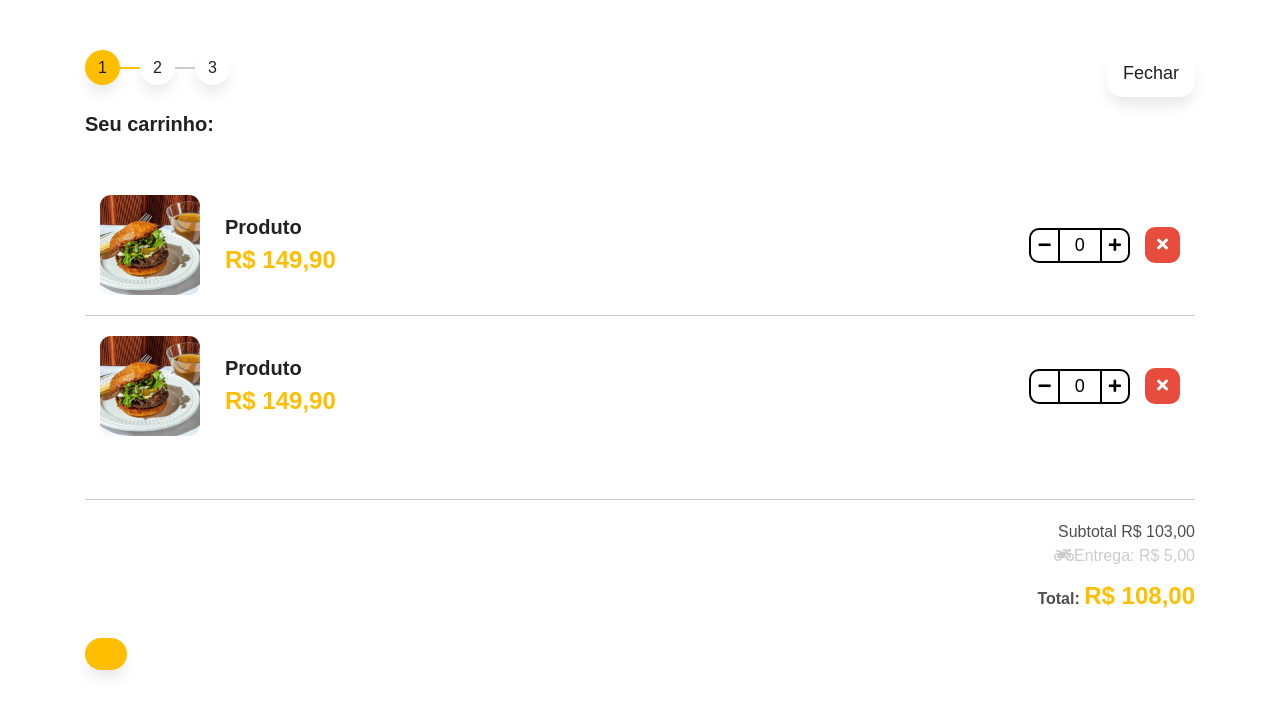
Repository: darkness318/restaraunt
Page: index.html
An editor plug-in stored every save of this project. The page is shown before and after the next save, followed by the edit.
The browser window is 1280 px wide. The pictures show the window.
A layer covers the whole window, so only the first screen is drawn.

Above is the page before, as saved 2024-10-01 10:21:12.

### index.html
<!DOCTYPE html>
<html lang="pt-br">
  <head>
    <meta charset="UTF-8" />
    <meta name="viewport" content="width=device-width, initial-scale=1.0" />
    <title>Restaurente - Seja bem vindo!</title>
    <link rel="stylesheet" href="./css/bootstrap.min.css" />
    <link rel="stylesheet" href="./css/fontawesome.css" />
    <link rel="stylesheet" href="./css/main.css" />
  </head>

  <body>
    <section class="header">
      <div class="container">
        <nav class="navbar navbar-expand-lg pl-0 pr-0">
          <a class="navbar-brand" href="#">
            <img src="./img/logo.png" width="160" class="img-logo" />
          </a>
          <button
            class="navbar-toggler"
            type="button"
            data-toggle="collapse"
            data-target="#navbarNavDropdown"
          >
            <span class="navbar-toggler-icon">
              <i class="fas fa-bars"></i>
            </span>
          </button>
          <div class="collapse navbar-collapse" id="navbarNavDropdown">
            <ul class="navbar-nav ml-auto mr-auto">
              <li class="nav-item">
                <a href="#reservas" class="nav-link"><b>Reservas</b></a>
              </li>
              <li class="nav-item">
                <a href="#servicos" class="nav-link"><b>Serviços</b></a>
              </li>
              <li class="nav-item">
                <a href="#cardapio" class="nav-link"><b>Cardápio</b></a>
              </li>
              <li class="nav-item">
                <a href="#depoimentos" class="nav-link"><b>Depoimentos</b></a>
              </li>
            </ul>
            <a class="btn btn-white btn-icon">
              Meu carrinho
              <span class="icon">
                <i class="fa fa-shopping-bag"></i>
              </span>
            </a>
          </div>
        </nav>
      </div>
    </section>

    <section class="banner">
      <div class="container">
        <div class="row">
          <div class="col-6">
            <div class="d-flex text-banner">
              <h1>
                <b>Escolha sua comida <b class="color-primary">favorita.</b></b>
              </h1>
              <p>
                Aproveite nosso cardápio! Escolha o que desejar e receba em sua
                casa de forma rápida e segura.
              </p>
              <div>
                <a class="btn btn-yellow mt-4 mr-3"> Ver Cardápio </a>
                <a href="#" class="btn btn-white btn-icon-left mt-4">
                  <span class="icon-left">
                    <i class="fa fa-phone"></i>
                  </span>
                  (66) 9 9999-8888
                </a>
              </div>
            </div>
            <a class="btn btn-sm btn-white btn-social mt-4 mr-3">
              <i class="fab fa-instagram"></i>
            </a>
            <a class="btn btn-sm btn-white btn-social mt-4 mr-3">
              <i class="fab fa-facebook-f"></i>
            </a>
            <a class="btn btn-sm btn-white btn-social mt-4">
              <i class="fab fa-whatsapp"></i>
            </a>
          </div>
          <div class="col-6">
            <div class="card-banner"></div>
            <div class="d-flex img-banner">
              <img src="./img/burguer.png" />
            </div>
            <div class="card card-case">
              "Entrega rápida e funcionários simpáticos.
              <br />A comida chegou quente e <br />
              muito saborosa!"
              <span class="card-case-name">
                <b>Thiago Lopes</b>
              </span>
            </div>
          </div>
        </div>
      </div>
    </section>
    <section class="servicos" id="servicos">
      <div class="background-servicos"></div>

      <div class="container">
        <div class="class row">
          <div class="col-12 text-center mb-5">
            <span class="hint-title"><b>Serviços</b></span>
            <h1 class="title">
              <b>Como são nossos serviços?</b>
            </h1>
          </div>

          <div class="col-4 mb-5">
            <div class="card-icon text-center">
              <img src="./img/icone-pedido.svg" width="150 " />
            </div>

            <div class="card-text text-center mt-3">
              <p><b>Fácil de pedir</b></p>
              <span>
                Você só precisa de alguns passos para pedir sua comida.
              </span>
            </div>
          </div>

          <div class="col-4 mb-5">
            <div class="card-icon text-center">
              <img src="./img/icone-delivery.svg" width="250 " />
            </div>

            <div class="card-text text-center mt-3">
              <p><b>Entrega Rápida</b></p>
              <span> Nossa entrega é sempre pontual, rápida e segura. </span>
            </div>
          </div>

          <div class="col-4 mb-5">
            <div class="card-icon text-center">
              <img src="./img/icone-qualidade.svg" width="250 " />
            </div>

            <div class="card-text text-center mt-3">
              <p><b>Melhor qualidade</b></p>
              <span>
                Não só a rapidez na entrega, a qualidade também é o nosso forte.
              </span>
            </div>
          </div>
        </div>
      </div>
    </section>
    <section class="cardapio" id="cardapio">
      <div class="background-cardapio"></div>

      <div class="container">
        <div class="row">
          <div class="col-12 text-center mb-5">
            <span class="hint-title"><b>Cardápio</b></span>
            <h1 class="title">
              <b>Conheça o nosso Cardápio</b>
            </h1>
          </div>

          <div class="col-12 container-menu">
            <a class="btn btn-white btn-sm mr-3">
              <i class="fas fa-hamburger"></i>&nbsp;Burgers
            </a>
            <a class="btn btn-white btn-sm mr-3">
              <i class="fas fa-pizza-slice"></i>&nbsp;Pizzas
            </a>
            <a class="btn btn-white btn-sm mr-3">
              <i class="fas fa-drumstick-bite"></i>&nbsp;Churrasco
            </a>
            <a class="btn btn-white btn-sm mr-3">
              <i class="fas fa-bacon"></i>&nbsp;Steaks
            </a>
            <a class="btn btn-white btn-sm mr-3">
              <i class="fas fa-cocktail"></i>&nbsp;Bebidas
            </a>
            <a class="btn btn-white btn-sm mr-3">
              <i class="fas fa-ice-cream"></i>&nbsp;Sobremesas
            </a>
          </div>

          <div class="col-12">
            <div class="row" id="itensCardapio">
              <div class="col-3 mb-5">
                <div class="card card-item">
                  <div class="img-produto">
                    <img
                      src="./img/cardapio/burguers/burger-au-poivre-kit-4-pack.3ca0e39b02db753304cd185638dad518.jpg"
                    />
                  </div>
                  <p class="title-produto text-center mt-4">
                    <b>Nome do produto muito grande</b>
                  </p>
                  <p class="price-produto text-center">
                    <b>R$ 154,90</b>
                  </p>

                  <div class="add-carrinho">
                    <span class="btn-menos"><i class="fas fa-minus"></i></span>
                    <span class="btn-numero-itens">0</span>
                    <span class="btn-mais"><i class="fas fa-plus"></i></span>
                    <span class="btn btn-add"
                      ><i class="fa fa-shopping-bag"></i
                    ></span>
                  </div>
                </div>
              </div>

              <div class="col-3 mb-5">
                <div class="card card-item">
                  <div class="img-produto">
                    <img
                      src="./img/cardapio/burguers/burger-au-poivre-kit-4-pack.3ca0e39b02db753304cd185638dad518.jpg"
                    />
                  </div>
                  <p class="title-produto text-center mt-4">
                    <b>Nome do produto muito grande</b>
                  </p>
                  <p class="price-produto text-center">
                    <b>R$ 154,90</b>
                  </p>

                  <div class="add-carrinho">
                    <span class="btn-menos"><i class="fas fa-minus"></i></span>
                    <span class="btn-numero-itens">0</span>
                    <span class="btn-mais"><i class="fas fa-plus"></i></span>
                    <span class="btn btn-add"
                      ><i class="fa fa-shopping-bag"></i
                    ></span>
                  </div>
                </div>
              </div>

              <div class="col-3 mb-5">
                <div class="card card-item">
                  <div class="img-produto">
                    <img
                      src="./img/cardapio/burguers/burger-au-poivre-kit-4-pack.3ca0e39b02db753304cd185638dad518.jpg"
                    />
                  </div>
                  <p class="title-produto text-center mt-4">
                    <b>Nome do produto muito grande</b>
                  </p>
                  <p class="price-produto text-center">
                    <b>R$ 154,90</b>
                  </p>

                  <div class="add-carrinho">
                    <span class="btn-menos"><i class="fas fa-minus"></i></span>
                    <span class="btn-numero-itens">0</span>
                    <span class="btn-mais"><i class="fas fa-plus"></i></span>
                    <span class="btn btn-add"
                      ><i class="fa fa-shopping-bag"></i
                    ></span>
                  </div>
                </div>
              </div>

              <div class="col-3 mb-5">
                <div class="card card-item">
                  <div class="img-produto">
                    <img
                      src="./img/cardapio/burguers/burger-au-poivre-kit-4-pack.3ca0e39b02db753304cd185638dad518.jpg"
                    />
                  </div>
                  <p class="title-produto text-center mt-4">
                    <b>Nome do produto muito grande</b>
                  </p>
                  <p class="price-produto text-center">
                    <b>R$ 154,90</b>
                  </p>

                  <div class="add-carrinho">
                    <span class="btn-menos"><i class="fas fa-minus"></i></span>
                    <span class="btn-numero-itens">0</span>
                    <span class="btn-mais"><i class="fas fa-plus"></i></span>
                    <span class="btn btn-add"
                      ><i class="fa fa-shopping-bag"></i
                    ></span>
                  </div>
                </div>
              </div>
            </div>
          </div>
          <div class="col-12 text-center">
            <a class="btn btn-white btn-sm">Ver mais</a>
          </div>
        </div>
      </div>
    </section>
    <section class="depoimentos" id="depoimentos">
      <div class="background-depoimentos"></div>
      <div class="container">
        <div class="row">
          <div class="col-5 text-center">
            <div class="card-depoimentos"></div>
            <div class="d-flex img-banner">
              <img src="./img/pizzas.png" />
            </div>
          </div>

          <div class="col-7">
            <span class="hint-title"><b>Depoimentos</b></span>
            <h1 class="title">
              <b>O que dizem sobre nós</b>
            </h1>
            <div class="mb-5">
              <div class="depoimento" id="depoimento-1">
                <div class="container-dados-depoimento">
                  <div class="imagem-depoimento"></div>
                  <div>
                    <p class="nome-depoimento"><b>Diego Pereira</b></p>
                    <p class="nota-depoimento">
                      <i class="fas fa-star"></i>
                      <i class="fas fa-star"></i>
                      <i class="fas fa-star"></i>
                      <i class="fas fa-star"></i>
                      <i class="fas fa-star-half-alt"></i>&nbsp;
                      <span>4.5</span>
                    </p>
                  </div>
                </div>
                <p class="texto-depoimento">
                  <i class="fas fa-quote-left"></i>
                  <span>
                    Muito bom, recomendo demais! Comida muito bem feita pelo
                    chefe, atendimento dentro dos parâmetros e boa comunicação
                    com o cliente.
                  </span>
                  <i class="fas fa-quote-right"></i>
                </p>
              </div>

              <div class="depoimento hidden" id="depoimento-2">
                <div class="container-dados-depoimento">
                  <div class="imagem-depoimento"></div>
                  <div>
                    <p class="nome-depoimento"><b>Ana Beatriz</b></p>
                    <p class="nota-depoimento">
                      <i class="fas fa-star"></i>
                      <i class="fas fa-star"></i>
                      <i class="fas fa-star"></i>
                      <i class="fas fa-star"></i>
                      <i class="fas fa-star"></i>&nbsp; <span>5.0</span>
                    </p>
                  </div>
                </div>
                <p class="texto-depoimento">
                  <i class="fas fa-quote-left"></i>
                  <span>
                    Um jantar perfeito do começo ao fim. Comida, experiência,
                    serviço... foi tão maravilhoso que fomos dois dias seguidos
                    - fato inédito para mim em uma viagem.
                  </span>
                  <i class="fas fa-quote-right"></i>
                </p>
              </div>

              <div class="depoimento hidden" id="depoimento-3">
                <div class="container-dados-depoimento">
                  <div class="imagem-depoimento"></div>
                  <div>
                    <p class="nome-depoimento"><b>João Guilherme</b></p>
                    <p class="nota-depoimento">
                      <i class="fas fa-star"></i>
                      <i class="fas fa-star"></i>
                      <i class="fas fa-star"></i>
                      <i class="fas fa-star"></i>
                      <i class="far fa-star"></i>&nbsp; <span>4.0</span>
                    </p>
                  </div>
                </div>
                <p class="texto-depoimento">
                  <i class="fas fa-quote-left"></i>
                  <span>
                    A comida estava excelente e o serviço gentil nos
                    surpreendeu! Dica: reserve umas 3 horas para ter uma
                    experiência incrível.
                  </span>
                  <i class="fas fa-quote-right"></i>
                </p>
              </div>
            </div>

            <a class="btn btn-sm btn-white btn-social mr-3 active">1</a>
            <a class="btn btn-sm btn-white btn-social mr-3">2</a>
            <a class="btn btn-sm btn-white btn-social">3</a>
          </div>
        </div>
      </div>
    </section>
    <section class="reserva" id="reserva">
      <div class="container">
        <div class="row">
          <div class="col-12">
            <div class="card-secondary">
              <div class="row">
                <div class="col-7">
                  <span class="hint-title"><b>Reserva</b></span>
                  <h1 class="title">
                    <b>Quer reservar um horário?</b>
                  </h1>
                  <p class="pr-5">
                    Mande uma mensagem clicando no botão abaixo
                    <br />
                    Reserve sua data e horário de forma simples e rápida.
                  </p>
                  <a class="btn btn-yellow mt-4"> Fazer reserva </a>
                </div>

                <div class="col-5">
                  <div class="card-reserva"></div>
                  <div class="d-flex img-banner">
                    <img src="./img/icone-reserva.svg" />
                  </div>
                </div>
              </div>
            </div>
          </div>
        </div>
      </div>
    </section>

    <section class="footer">
      <div class="container">
        <div class="row">
          <div class="col-3 container-logo-footer">
            <img class="logo-footer" src="./img/logo.png" />
          </div>

          <div class="col-6 container-texto-footer">
            <p class="mb-0">
              <b>Menu On-line</b> &copy; Todos os direitos reservados
            </p>
          </div>

          <div class="col-3 container-redes-footer">
            <a class="btn btn-sm btn-white btn-social mr-3">
              <i class="fab fa-instagram"></i>
            </a>
            <a class="btn btn-sm btn-white btn-social mr-3">
              <i class="fab fa-facebook-f"></i>
            </a>
            <a class="btn btn-sm btn-white btn-social">
              <i class="fab fa-whatsapp"></i>
            </a>
          </div>
        </div>
      </div>
    </section>

    <div class="modal-full" id="modalCarrinho">
      <div class="m-header">
        <div class="container">
          <a class="btn btn-white btn-sm float-right"> Fechar </a>

          <div class="etapas">
            <div class="etapa etapa1 active">1</div>
            <div class="etapa etapa2">2</div>
            <div class="etapa etapa3">3</div>
          </div>
          <p class="title-carrinho mt-4">
            <b id="lblTituloEtapa">Seu carrinho:</b>
          </p>
        </div>
      </div>

      <div class="m-body">
        <div class="container">
          <div id="itensCarrinho" class="row mr-0 ml-0">
            <div class="col-12 item-carrinho">
              <div class="img-produto">
                <img
                  src="./img/cardapio/burguers/burger-au-poivre-kit-4-pack.3ca0e39b02db753304cd185638dad518.jpg"
                />
              </div>
              <div class="dados-produto">
                <p class="title-produto"><b>Produto</b></p>
                <p class="price-produto"><b>R$ 149,90</b></p>
              </div>
              <div class="add-carrinho">
                <span class="btn-menos"><i class="fas fa-minus"></i></span>
                <span class="btn-numero-itens">0</span>
                <span class="btn-mais"><i class="fas fa-plus"></i></span>
                <span class="btn btn-remove"><i class="fa fa-times"></i></span>
              </div>
            </div>
            <!-- segundo item do carrinho   -->
            <div class="col-12 item-carrinho">
              <div class="img-produto">
                <img
                  src="./img/cardapio/burguers/burger-au-poivre-kit-4-pack.3ca0e39b02db753304cd185638dad518.jpg"
                />
              </div>
              <div class="dados-produto">
                <p class="title-produto"><b>Produto</b></p>
                <p class="price-produto"><b>R$ 149,90</b></p>
              </div>
              <div class="add-carrinho">
                <span class="btn-menos"><i class="fas fa-minus"></i></span>
                <span class="btn-numero-itens">0</span>
                <span class="btn-mais"><i class="fas fa-plus"></i></span>
                <span class="btn btn-remove"><i class="fa fa-times"></i></span>
              </div>
            </div>
          </div>

          <div id="localEntrega" class="row mr-0 ml-0 hidden"></div>

          <div id="resumoCarrinho" class="row mr-0 ml-0 hidden"></div>
        </div>
      </div>

      <div class="m-footer">
        <div class="container">
          <div class="container-total text-right mb-4 ">
            <p class="mb-0">
              <span>Subtotal</span>
              <span id="lblSubtotal">R$ 103,00</span>
            </p>
            <p class="mb-0 texto-entrega">
              <span><i class="fas fa-motorcycle"></i>Entrega:</span>
              <span id="lblValorEntrega">R$ 5,00</span>
            </p>
            <p class="mb-0 texto-total"></p>
              <span><b>Total:</b></span>
              <span class="valor-total" id="lblValorTotal"><b>R$ 108,00</b></span>
            </p>
          </div>
          <a class="btn btn-yellow flo"></a>
        </div>
      </div>
    </div>

    <script type="text/javascript" src="./js/jquery-1.12.4.min.js"></script>
    <script type="text/javascript" src="./js/modernizr-3.5.0.min.js"></script>
    <script type="text/javascript" src="./js/bootstrap.min.js"></script>
    <script type="text/javascript" src="./js/popper.min.js"></script>
  </body>
</html>

Loaded but not shown: css/bootstrap.min.css (library); css/fontawesome.css (library); js/jquery-1.12.4.min.js (library); js/modernizr-3.5.0.min.js (library); js/bootstrap.min.js (library); js/popper.min.js (library); css/main.css (621 lines, source omitted)

After the next save:
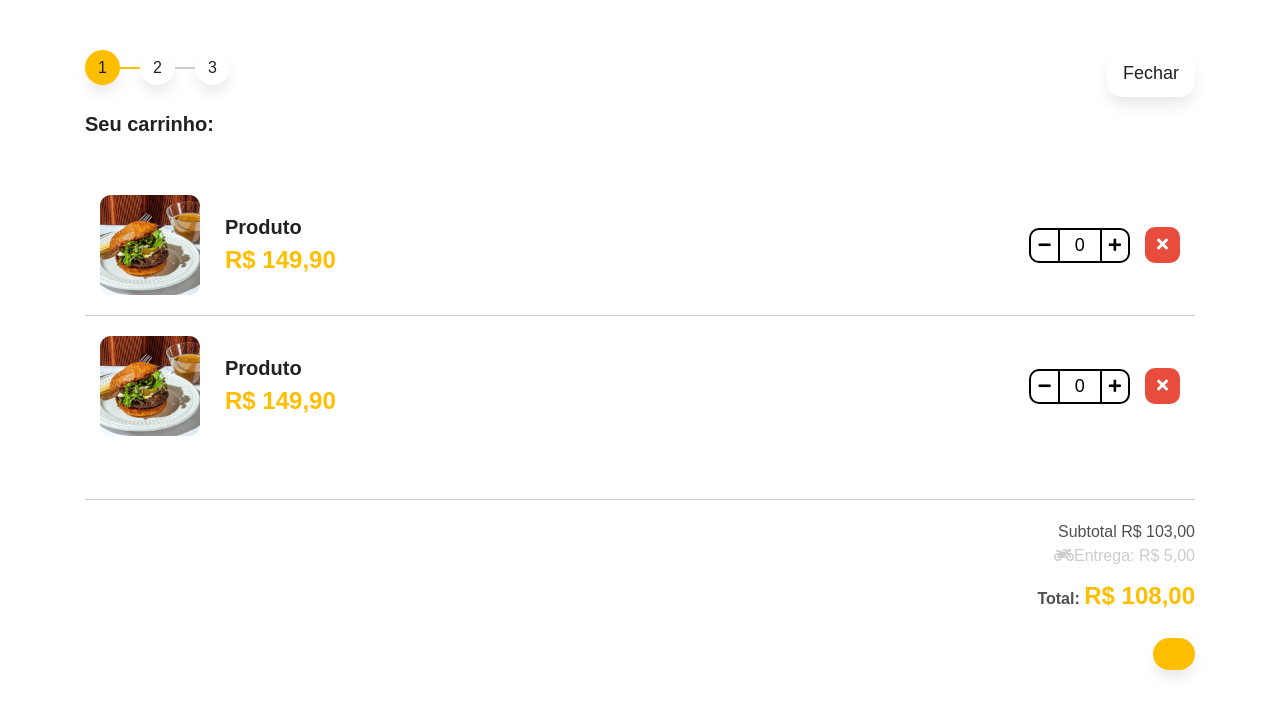
Saved 2 s later.
--- a/index.html
+++ b/index.html
@@ -533,7 +533,7 @@
               <span class="valor-total" id="lblValorTotal"><b>R$ 108,00</b></span>
             </p>
           </div>
-          <a class="btn btn-yellow flo"></a>
+          <a class="btn btn-yellow float-right"></a>
         </div>
       </div>
     </div>
